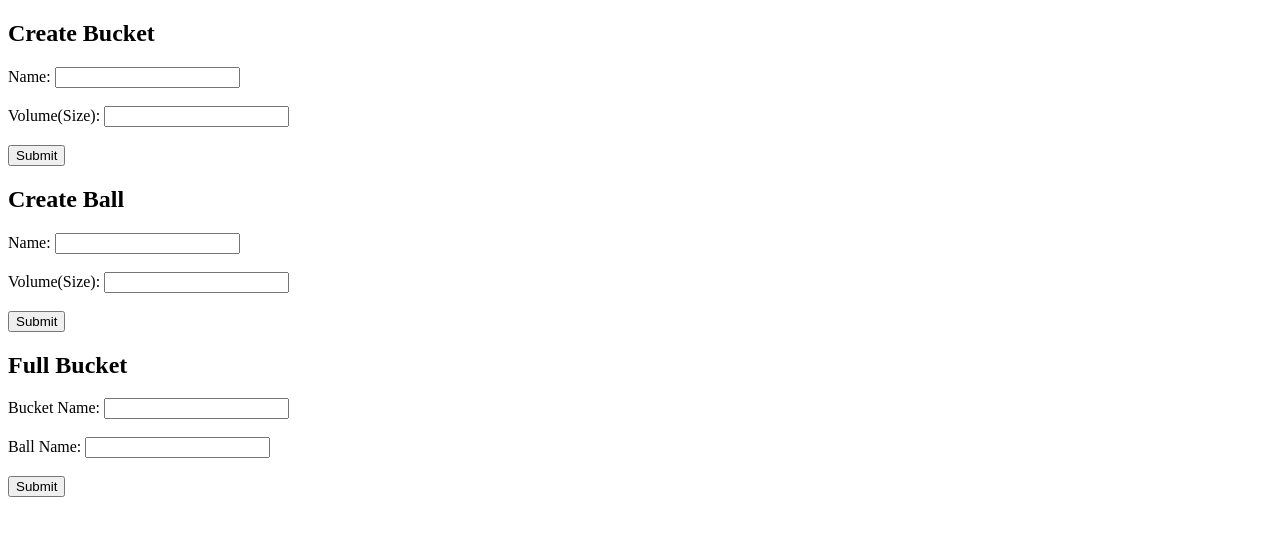
Repository: RajatPalankar8/nodejs_bucket_ball_task_new
Page: http://localhost/
An editor plug-in stored every save of this project. The page is shown before and after the next save, followed by the edit.
The browser window is 1280 px wide. The pictures show the whole page.
The page is served by the project's Node server (index.js). Other server files are loaded and not shown.

Above is the page before, as saved 2023-07-17 10:19:10.
Console error: ReferenceError: handleSubmit is not defined

### views/index.ejs
<!DOCTYPE html>
<html>
<head>
  <title>Bucket Ball App</title>
</head>
<body>
  <div>


  <form id="form1">
    <h2>Create Bucket</h2>
    <label for="name1">Name:</label>
    <input type="text" id="name" name="name" required><br><br>
    <label for="email1">Volume(Size):</label>
    <input type="text" id="vol" name="vol" required><br><br>
    <input type="submit" value="Submit">
    <p id="form1-response"></p>
  </form>

  <form id="form2">
    <h2>Create Ball</h2>
    <label for="name1">Name:</label>
    <input type="text" id="name" name="name" required><br><br>
    <label for="vol">Volume(Size):</label>
    <input type="text" id="vol" name="vol" required><br><br>
    <input type="submit" value="Submit">
    <p id="form2-response"></p>
  </form>

  <form id="form3">
    <h2>Full Bucket</h2>
    <label for="name3">Bucket Name:</label>
    <input type="text" id="bucketName" name="bucketName" required><br><br>
    <label for="vol">Ball Name:</label>
    <input type="text" id="ballName" name="ballName" required><br><br>
    <input type="submit" value="Submit">
    <p id="form3-response"></p>
  </form>
</div>
  <script src="https://cdn.jsdelivr.net/npm/axios/dist/axios.min.js"></script>
  <script>
    // Function to handle form submission
    function createBucketEvent(event) {
      event.preventDefault(); // Prevent the default form submission

      // Get the form data
      const form = event.target;
      const formData = new FormData(form);

      // Convert form data to JSON object
      const jsonData = {};
      formData.forEach((value, key) => {
        jsonData[key] = value;
      });

      // Make a POST request to the backend API
      axios.post('http://localhost:3000/createBucket', jsonData)
        .then(response => {
          // Handle the API response
          const formId = form.id;
          const responseElement = document.getElementById(`${formId}-response`);
          responseElement.textContent = response.data.message;
        })
        .catch(error => {
          console.error(error); // Handle any errors
        });
    }

    // Attach event listeners to the forms
    const form1 = document.getElementById('form1');
    form1.addEventListener('submit', handleSubmit);

    const form2 = document.getElementById('form2');
    form2.addEventListener('submit', handleSubmit);

    const form3 = document.getElementById('form3');
    form3.addEventListener('submit', handleSubmit);
  </script>
</body>
</html>

### index.js
const app = require('./app');
const db = require('./config/db')
const port = 3000;
app.get('/',(req,res)=>{
    res.send('Hello World');
});

app.listen(port,()=>{
    console.log(`Server Listening on Port http://localhost:${port}`);
})

### app.js
const express = require("express");
const bodyParser = require("body-parser");
const bucketRouter = require('./routes/bucket.router');
const path = require("path");
const app = express();

app.use(bodyParser.json())
app.set("view engine", "ejs");
app.set("views", path.join(__dirname, "views"));
app.use(express.static(`${__dirname}/public`));


app.use("/",bucketRouter);

app.use("/", (req, res) => {
    res.status(200).render("index");
  });


module.exports = app;

After the next save:
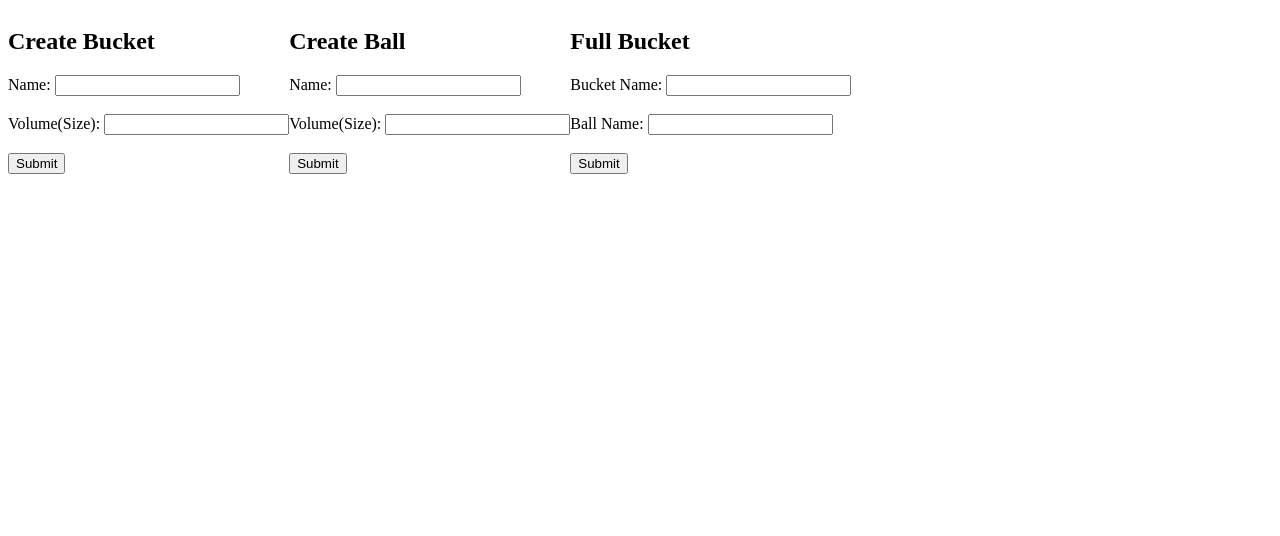
Saved 14 s later.
--- a/views/index.ejs
+++ b/views/index.ejs
@@ -4,7 +4,7 @@
   <title>Bucket Ball App</title>
 </head>
 <body>
-  <div>
+  <div style="display: flex;">
 
 
   <form id="form1">
